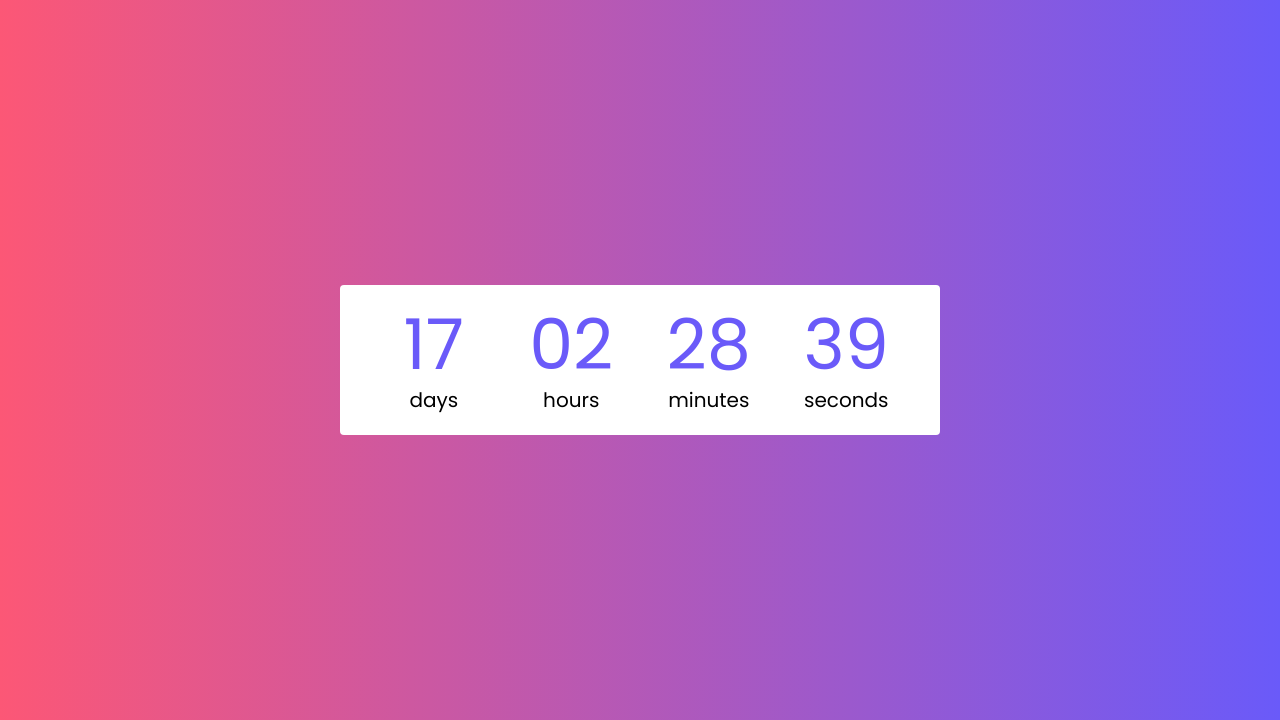
Repository: thuan711/All-about-JS
Page: countdown.html
An editor plug-in stored every save of this project. The page is shown before and after the next save, followed by the edit.
The browser window is 1280 px wide. The pictures show the whole page.

Above is the page before, as saved 2022-12-31 01:40:02.

After the next save:
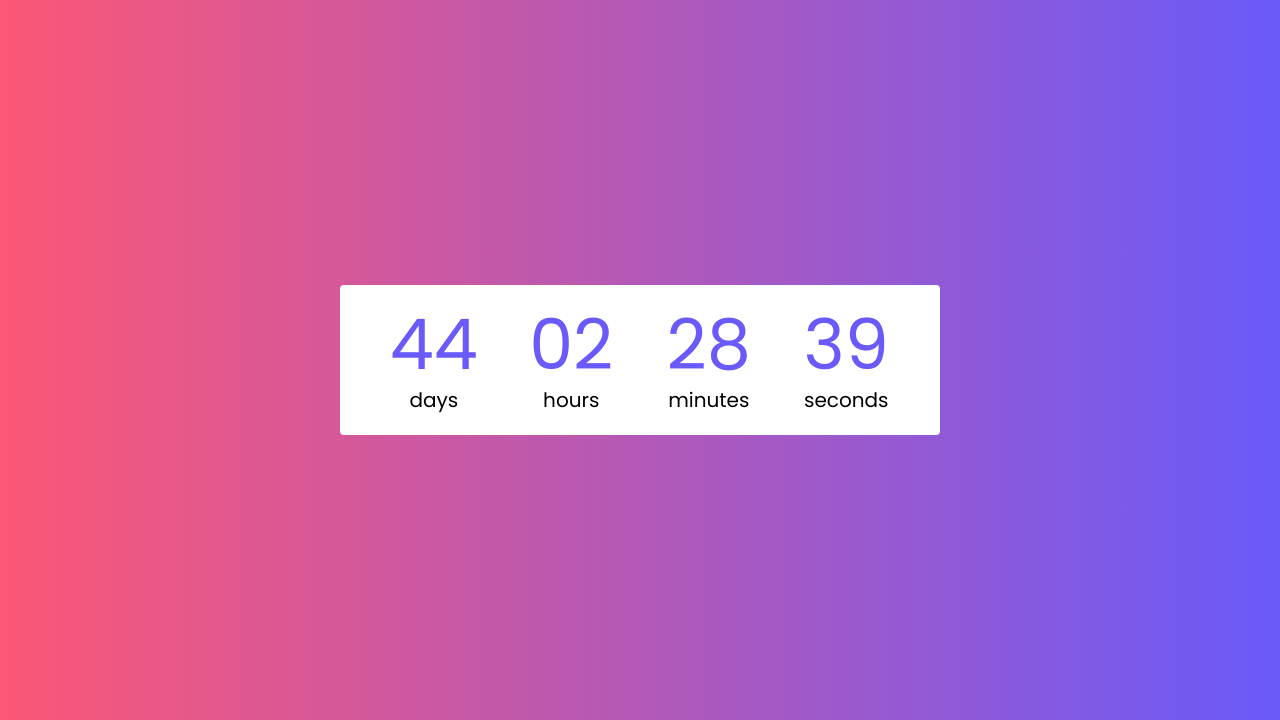
Saved 43 s later.
--- a/event/countdown.js
+++ b/event/countdown.js
@@ -29,5 +29,5 @@ window.addEventListener("load", function(){
             }
         }
     }
-    countdown("Tue Nov 07 2023 20:20:20 GMT+0700 (Indochina Time");
+    countdown("Tue Nov 07 2028 20:20:20 GMT+0700 (Indochina Time");
 });
